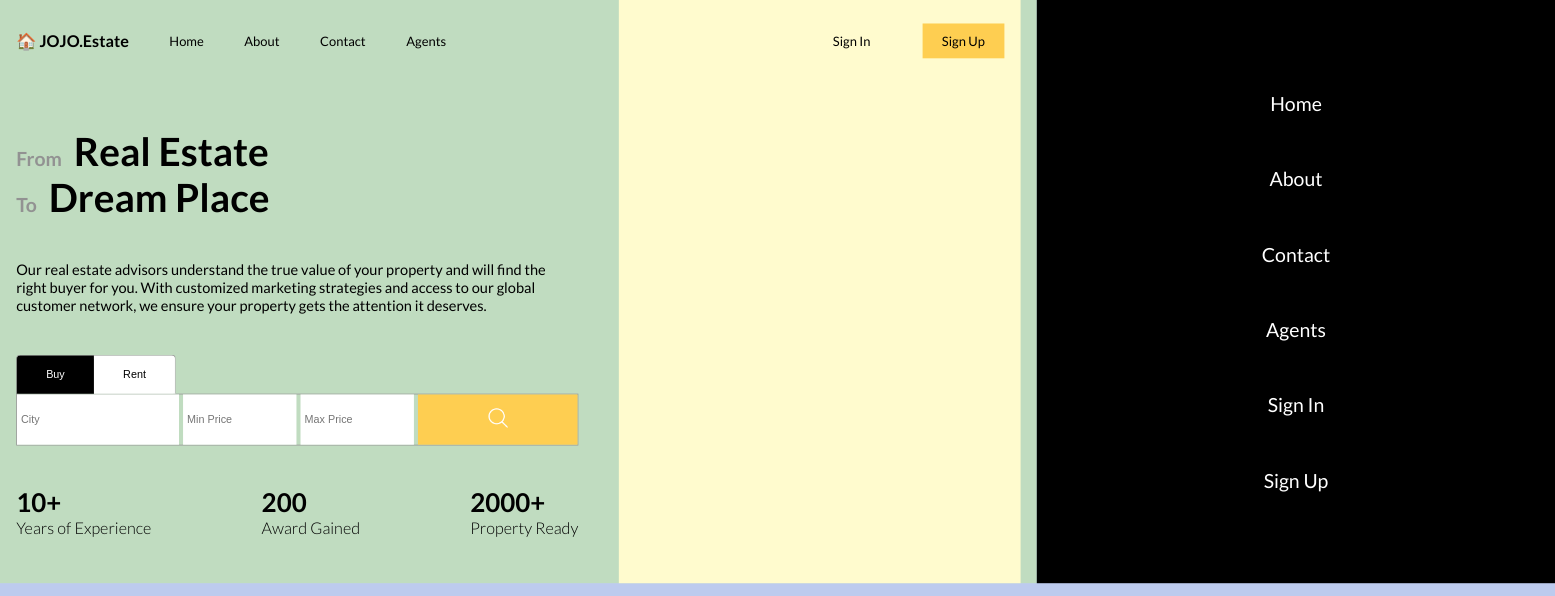
Repository: AiTrinh303/JOJO-estate
Page: /
These files come from the project's save history. The page is drawn as it stood at one moment and after the next save; the edit follows.
The browser window is 1280 px wide. The page is 1920 px wide, so the pictures cover 1920 px, including what lies to the right of the window. The pictures show the whole page, at 81% of full size.
The page's requests for data from a server got no answer. The project was rebuilt for these pictures with package versions that can differ from the ones it lists, and the page was loaded fresh each time. No one was signed in, and anything a server would have sent is missing. Also part of the build but not shown: vite.config.js, src/routes/listPage/listPage.scss, src/components/filter/filter.scss, src/components/filter/Filter.jsx, src/components/card/card.scss, src/components/card/Card.jsx, src/components/map/map.scss, src/components/pin/pin.scss and 21 more. Imported but missing from the stored project, and not drawn on this page: src/components/uploadWidget/UploadWidget.

Above is the page before, as saved 2024-08-06 21:59:32.

After the next save:
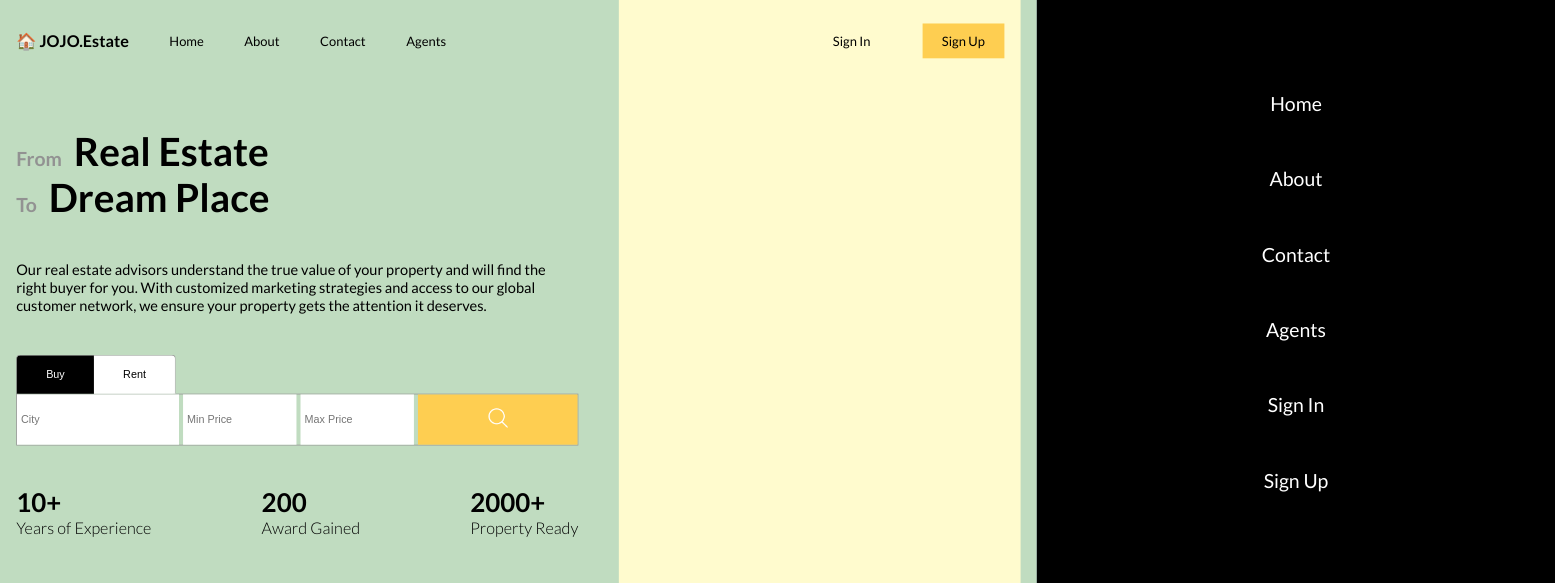
Saved 2 min 9 s later.
--- a/src/routes/homePage/homePage.jsx
+++ b/src/routes/homePage/homePage.jsx
@@ -39,7 +39,7 @@
         </div>
       </div>
       <div className="imgContainer">
-        <img src="/bg.png" alt="background" />
+        <img src="/bg1.png" alt="background" />
       </div>
 
     </div>

After the save that followed:
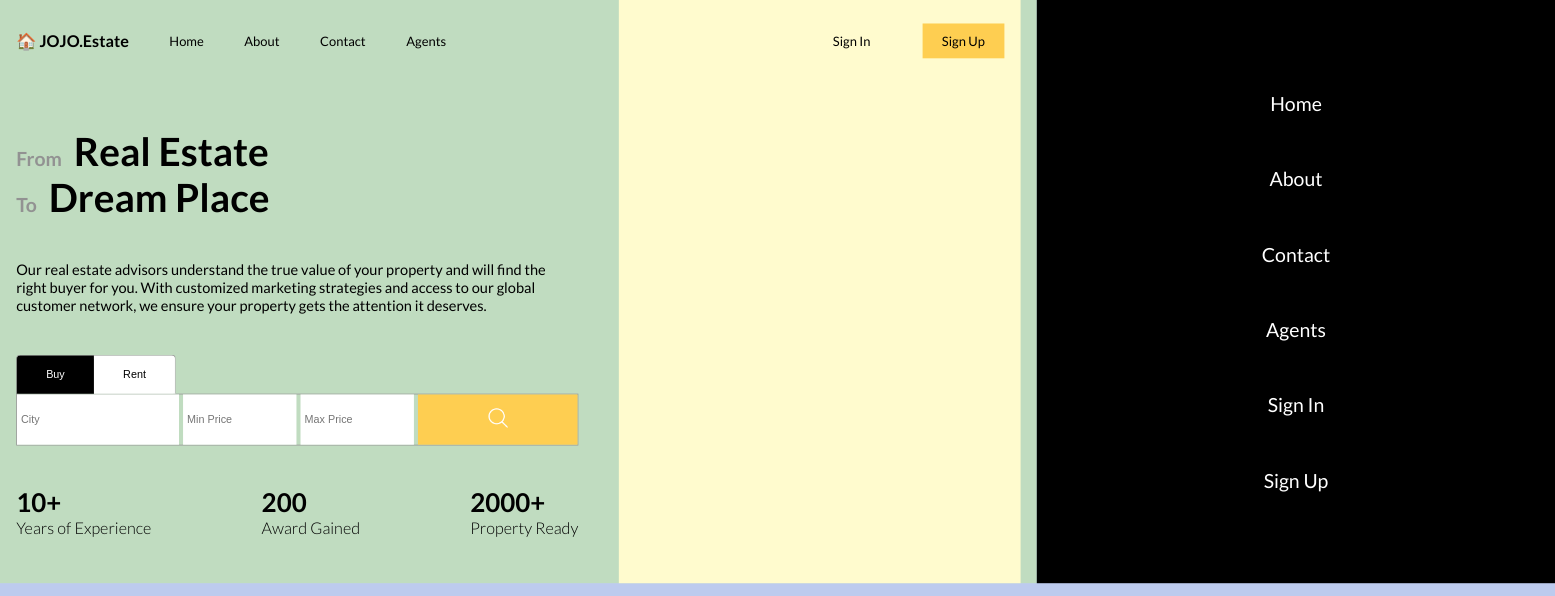
Saved 24 s later.
--- a/src/routes/homePage/homePage.jsx
+++ b/src/routes/homePage/homePage.jsx
@@ -39,7 +39,7 @@
         </div>
       </div>
       <div className="imgContainer">
-        <img src="/bg1.png" alt="background" />
+        <img src="/bg.png" alt="background" />
       </div>
 
     </div>
